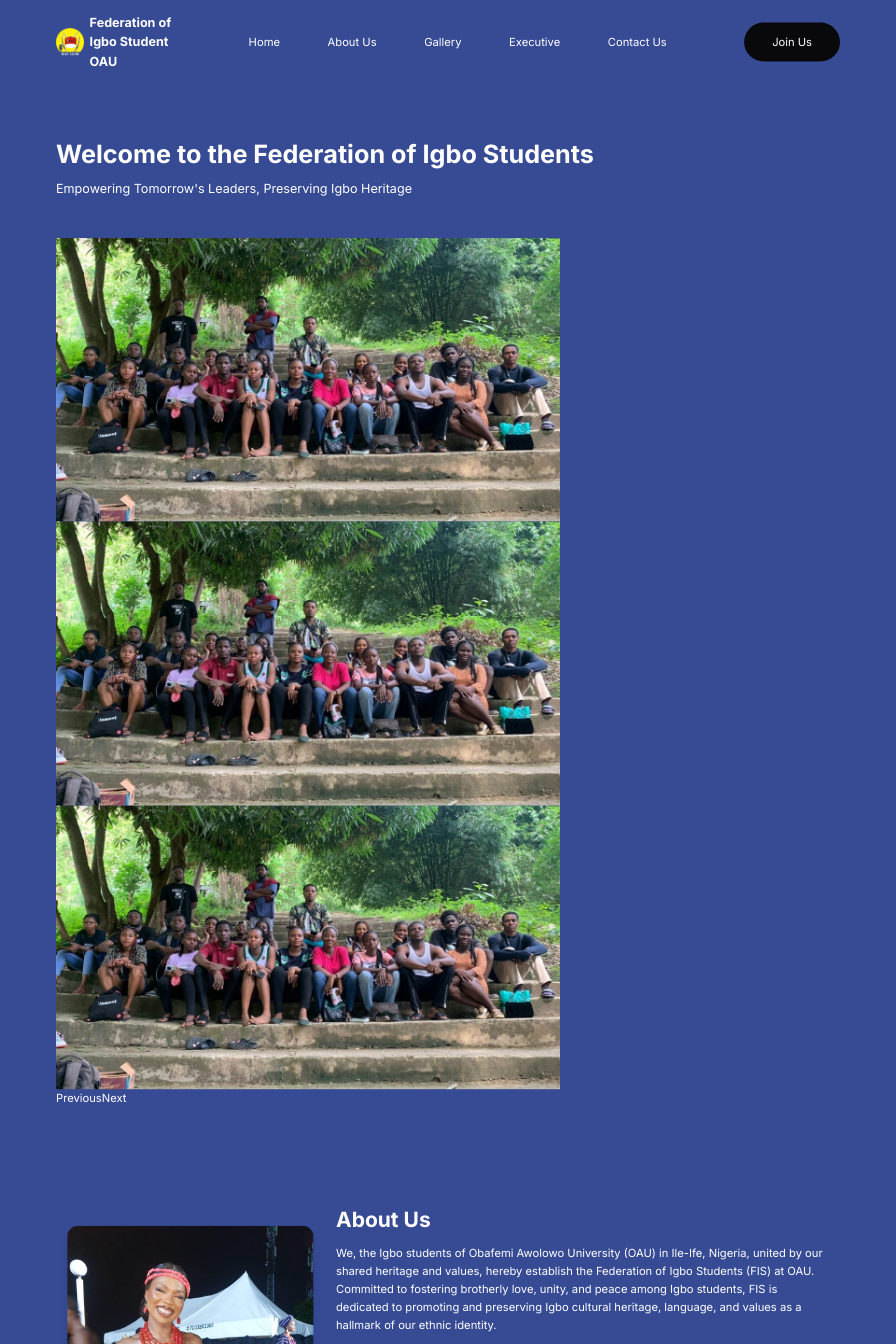
Repository: akinolapo/fis
Page: /about
These files come from the project's save history. The page is drawn as it stood at one moment and after the next save; the edit follows.
The browser window is 1280 px wide. The pictures show the part of the page from y = 0 to 1920 px (the page is 2312 px tall before and 2988 px after), at 70% of full size.
The project was rebuilt for these pictures with package versions that can differ from the ones it lists, and the page was loaded fresh each time. The framework's server and built-in components were replaced by stand-ins that run in the browser. Also part of the build but not shown: next.config.mjs.

Above is the page before, as saved 2024-05-05 05:25:17.

### app/layout.tsx
import type { Metadata } from "next";
import { Inter } from "next/font/google";
import "./globals.css";
import Header from "./components/Header/Header";

const inter = Inter({ subsets: ["latin"] });

export const metadata: Metadata = {
  title: "Federation of Igbo Student OAU",
  description: "Federation of Igbo Student OAU",
};

export default function RootLayout({
  children,
}: Readonly<{
  children: React.ReactNode;
}>) {
  return (
    <html lang="en">
      <body className={inter.className}>
        <Header/>
        {children}
        </body>
    </html>
  );
}

### app/about/page.tsx
import React from 'react'
import Hero from '../components/Hero/Hero'
import Image from 'next/image'

const page = () => {
  return (
    <div>
      <Hero
      title="About Us"
      subtitle="Empowering Unity, Celebrating Heritage, and Nurturing Academic Excellence"
      />
       <div className="flex flex-col md:flex-row items-center justify-center md:justify-start px-4 py-8 md:py-16">
      <div className="md:w-1/3 mr-0 md:mr-8 mb-4 md:mb-0">
        <Image
          src="/images/about.jpeg"
          alt="About Image"
          className="w-full h-auto shadow-lg rounded-2xl"
          width={339}
          height={339}
        />
      </div>
      <div className="md:w-2/3">
        <h2 className="text-2xl md:text-3xl font-bold mb-4">About Us</h2>
        <p className="leading-relaxed mb-4">
        We, the Igbo students of Obafemi Awolowo University (OAU) in Ile-Ife, Nigeria, united by our shared heritage and values, hereby establish the Federation of Igbo Students (FIS) at OAU. Committed to fostering brotherly love, unity, and peace among Igbo students, FIS is dedicated to promoting and preserving Igbo cultural heritage, language, and values as a hallmark of our ethnic identity.
        </p>
        <h5 className="mb-4">Our objectives include:</h5>
        <ol className="list-decimal">
          <li>Hostel Accommodation: Successfully providing hostel accommodation to our members.</li>
          <li>Scholarship Opportunities: Offering scholarships to support academic excellence among our members.</li>
          <li>Unity and Love: Promoting unity and fostering a sense of community among all Igbo students.</li>
          <li>Rights Advocacy: Advocating for and defending the rights of Igbo students on campus.</li>
          <li>Cultural Representation: Representing and celebrating Igbo cultural values within the university community.</li>
        </ol>
        <p className="leading-relaxed mb-4">
        In our pursuit of these goals, we are determined to encourage scholarship and academic excellence as viable alternatives to anti-social acts and other moral vices, empowering our members to thrive both academically and culturally.
        </p>
        {/* <button className="bg-zinc-950 hover:bg-black text-white font-bold py-4 px-10 rounded-full focus:outline-none focus:shadow-outline">
          Read Less
        </button> */}
      </div>
    </div>
    </div>
  )
}

export default page

### app/globals.css
@tailwind base;
@tailwind components;
@tailwind utilities;

*{
  margin: 0;
  padding: 0;
}

body {
  background: #364B94;
  color: #ffffff;
  padding: 0 80px;
}

@layer utilities {
  .text-balance {
    text-wrap: balance;
  }
}

### app/components/Header/Header.tsx

const Header = () => {
  return (
    <header className="flex justify-between items-center py-4 text-white">
      {/* Logo and Site Title */}
      <div className="flex items-center">
        <img src="/logo.png" alt="Logo" className="w-10 h-10 mr-2" />
        <h1 className="text-lg font-bold">Federation of <br></br>Igbo Student<br></br> OAU</h1>
      </div>

      {/* Menu */}
      <nav className="flex justify-center flex-grow">
        <ul className="flex gap-1">
          <li className="cursor-pointer hover:text-gray-400 p-8">Home</li>
          <li className="cursor-pointer hover:text-gray-400 p-8">About Us</li>
          <li className="cursor-pointer hover:text-gray-400 p-8">Gallery</li>
          <li className="cursor-pointer hover:text-gray-400 p-8">Executive</li>
          <li className="cursor-pointer hover:text-gray-400 p-8">Contact Us</li>
        </ul>
      </nav>

      {/* Join Us Button */}
      <button className="rounded-full py-4 px-10 bg-zinc-950 hover:bg-black text-white">
        Join Us
      </button>
    </header>
  );
};

export default Header;

### app/components/Hero/Hero.tsx
import Image from "next/image";
import Slider from "../Slider/Slider";

const Hero = () => {
  return (
    <div className="text-white py-20">
      <h2 className="text-4xl font-bold mb-4">
        Welcome to the Federation of Igbo Students
      </h2>
      <p className="text-lg mb-8">
        Empowering Tomorrow's Leaders, Preserving Igbo Heritage
      </p>
      <Slider/>
    </div>
  );
};

export default Hero;

### app/components/Slider/Slider.tsx
'use client'
import { Carousel } from 'react-bootstrap'
import Image from 'next/image'

// import './slider.css'

const Slider = () => {
  return (
    <section className="slider-head">
      <Carousel className="slider" pause={false} interval={4000}>
        <Carousel.Item className="sliderWrapper">
          <div className="slideImg">
            <Image
              src="/images/hero.jpeg"
              alt="promotion"
              width={720}
              height={480}
              className="imageOverlay"
            />
          </div>
        </Carousel.Item>

        <Carousel.Item className="sliderWrapper">
          <div className="slideImg">
            <Image
              src="/images/hero.jpeg"
              alt="promotion"
              width={720}
              height={480}
              className="imageOverlay"
            />
          </div>
        </Carousel.Item>

        <Carousel.Item className="sliderWrapper">
          <div className="slideImg">
            <Image
              src="/images/hero.jpeg"
              alt="promotion"
              width={720}
              height={480}
              className="imageOverlay"
            />
          </div>
        </Carousel.Item>
      </Carousel>
    </section>
  )
}

export default Slider

### app/components/Slider/slider.css
/* slider.css */

.slider {
    position: relative;
  }

  .sliderWrapper {
    background-color: #000;
  }

  .slideImg {
    position: relative;
  }

  .imageOverlay {
    width: 100%;
    height: auto;
    min-height: 480px;
    /* opacity: 0.4; */
  }


  .sliderTextBox {
    color: #fff;
    text-align: left;
    /* padding: 20px; */
    /* position: absolute; */
    /* left: 0; */
    font-weight: 800;
    margin-left: auto;
    margin-right: auto;
  }


  /* For large screens */
  .sliderTextBox{
      top: 50%;
      transform: translateY(-50%);
  }
  .sliderTextBox h2 {
    font-size: 75px;
    margin: 32px 0;
  }

  .sliderTextBox p {
    font-size: 30px;
  }

  /* For medium-sized screens */
  @media only screen and (max-width: 1023px) {
    .sliderTextBox h2 {
      font-size: 48px;
      margin: 24px 0;
      white-space: wrap;
    }

    .sliderTextBox p {
      font-size: 24px;
    }
  }

  /* For small screens */
  @media only screen and (max-width: 767px) {
    .sliderTextBox h2 {
      font-size: 36px;
      margin: 8px 0;
    }

    .sliderTextBox p {
      font-size: 18px;
    }
  }

Loaded but not shown: tailwind.config.ts (common file)

After the next save:
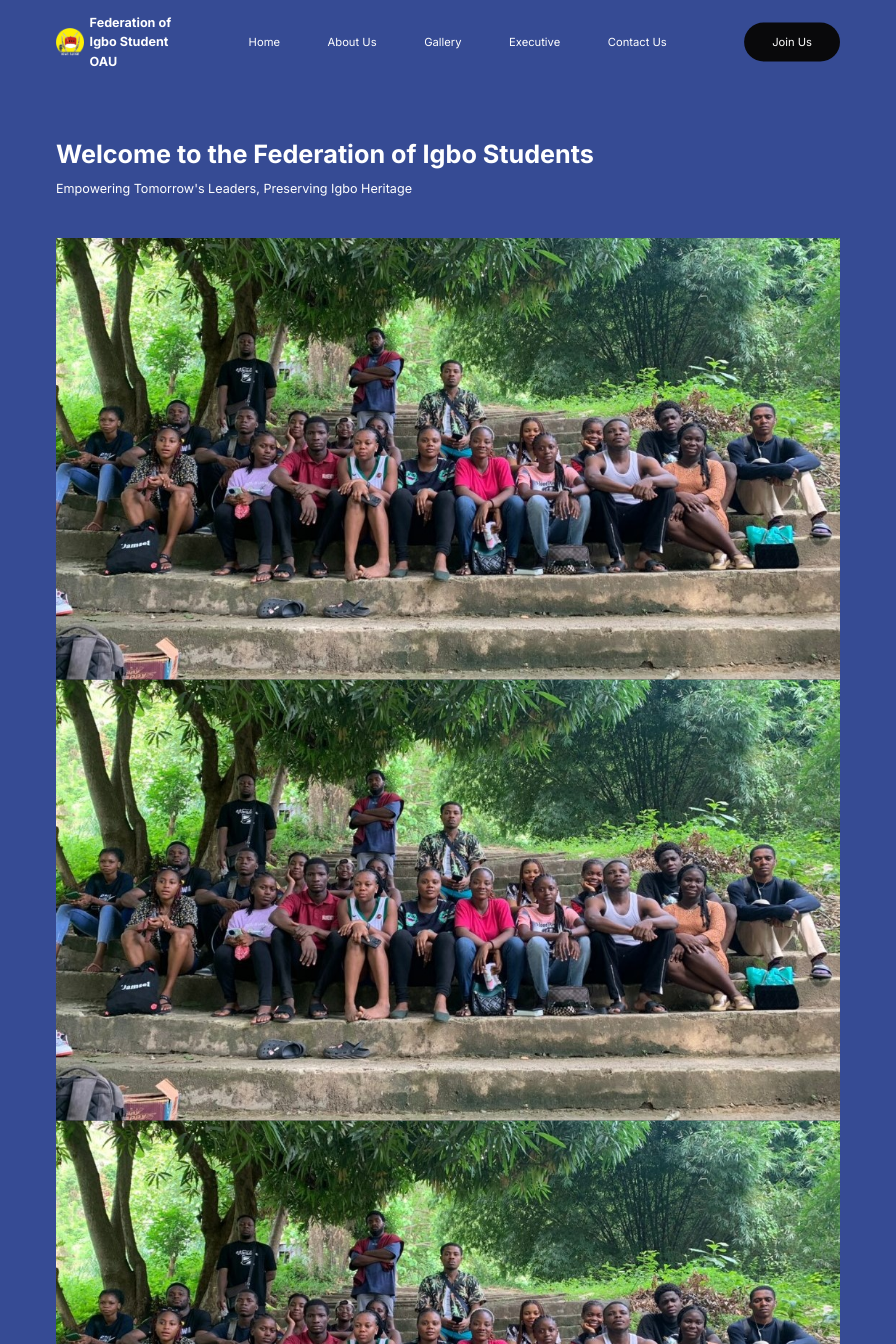
Saved 21 s later.
--- a/app/components/Slider/Slider.tsx
+++ b/app/components/Slider/Slider.tsx
@@ -2,7 +2,7 @@
 import { Carousel } from 'react-bootstrap'
 import Image from 'next/image'
 
-// import './slider.css'
+import './slider.css'
 
 const Slider = () => {
   return (
